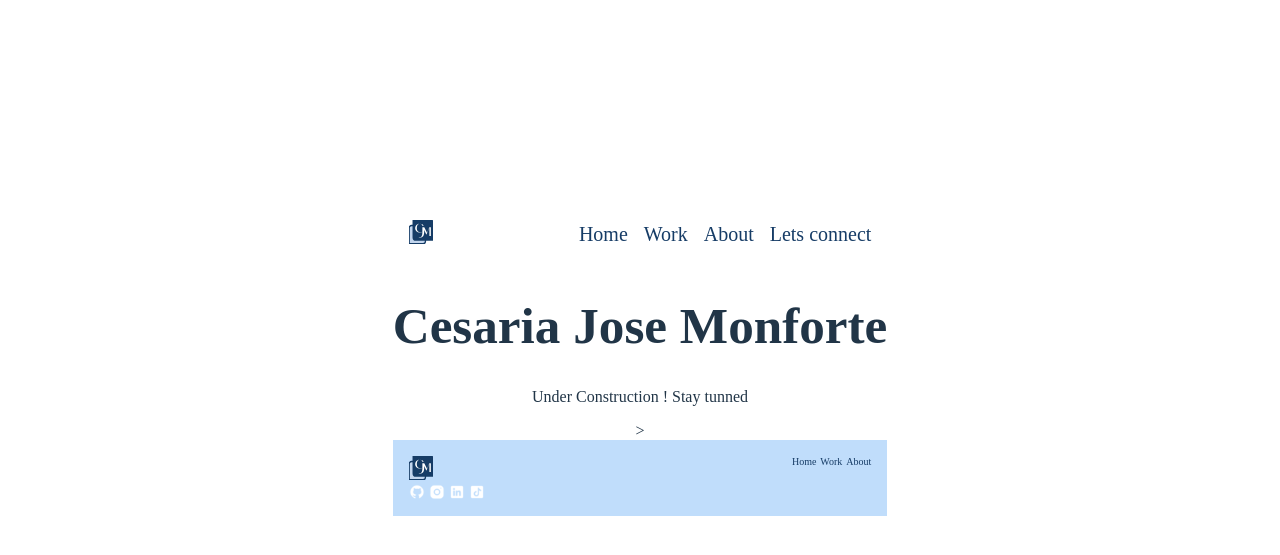
Repository: CesariaMonforte/cesariamonforte
Page: /
The author's editor kept a copy of each file at every save. The page is drawn from the files as they stood at one save, then again after the next save.
The browser window is 1280 px wide. The pictures show the whole page.
The project was rebuilt for these pictures with package versions that can differ from the ones it lists, and the page was loaded fresh each time. Also part of the build but not shown: vite.config.js, src/_ui/RegButton/RegButton.module.css.

Above is the page before, as saved 2026-01-25 13:03:16.

After the next save:
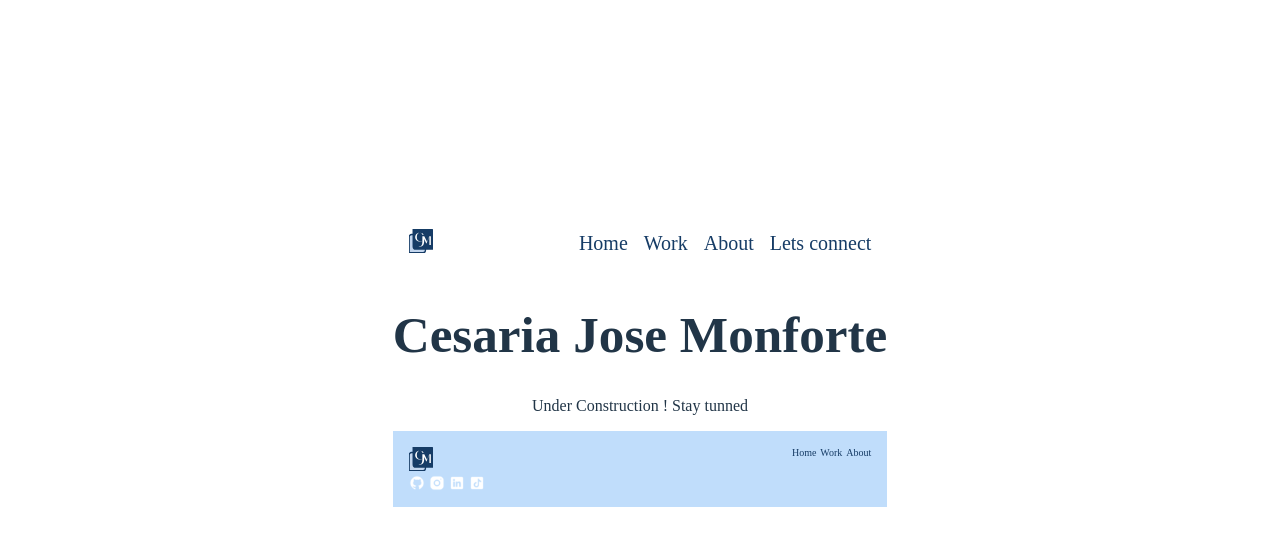
Saved 14 s later.
--- a/src/App.jsx
+++ b/src/App.jsx
@@ -15,7 +15,7 @@
                 <p>Under Construction ! Stay tunned</p>
             </div>
 
-         <RegButton></RegButton>>
+            <RegButton />
 
             <Footer />
         </div>

After the save that followed:
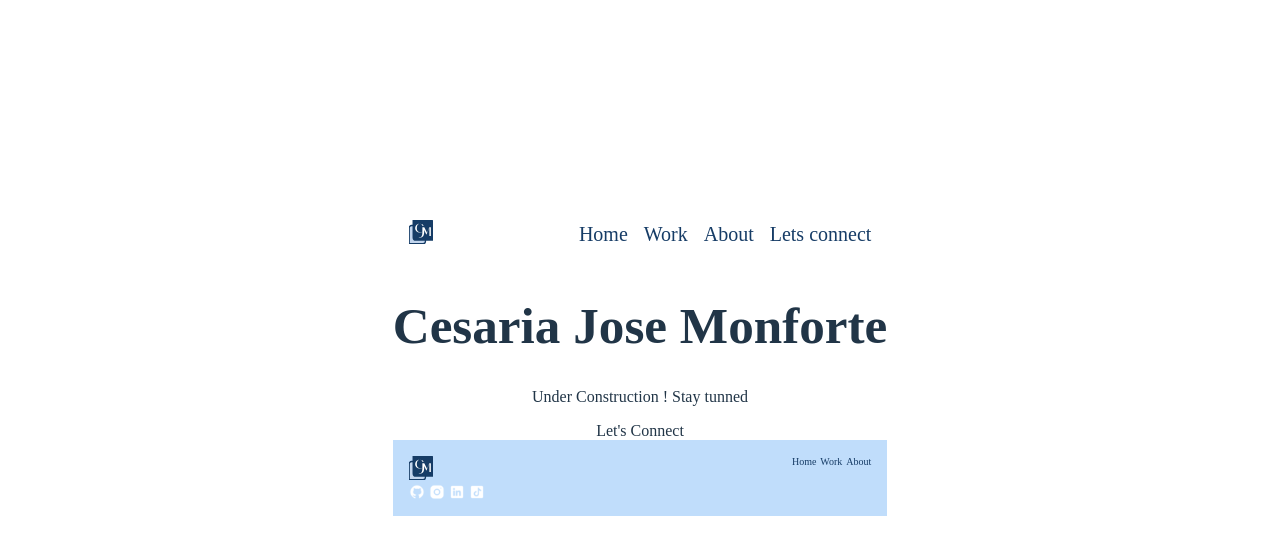
Saved 18 s later.
--- a/src/App.jsx
+++ b/src/App.jsx
@@ -15,7 +15,7 @@
                 <p>Under Construction ! Stay tunned</p>
             </div>
 
-            <RegButton />
+            <RegButton button_text="Let's Connect" />
 
             <Footer />
         </div>
